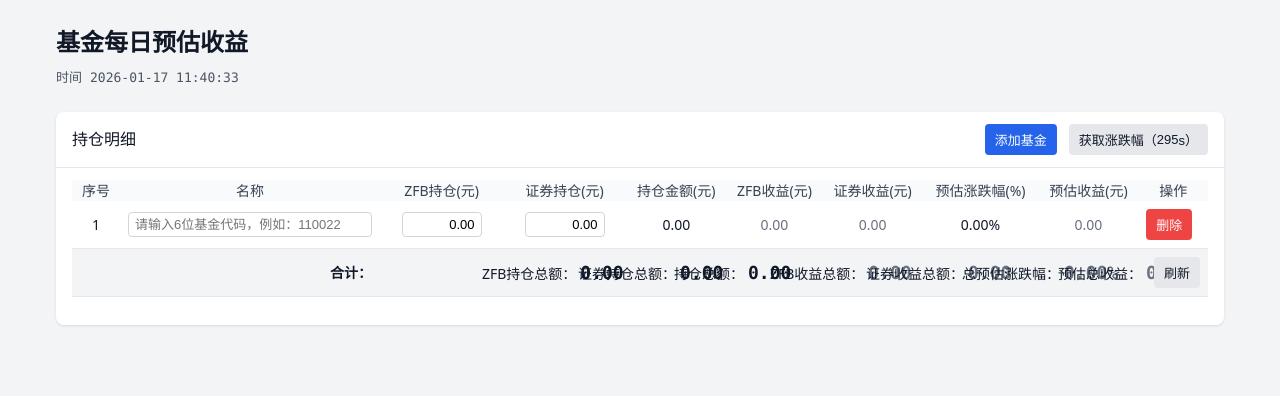
Repository: zt-boom/finance
Page: index.html
These files come from the project's save history. The page is drawn as it stood at one moment and after the next save; the edit follows.
The browser window is 1280 px wide. The pictures show the whole page.

Above is the page before, as saved 2026-01-17 15:33:38.

After the next save:
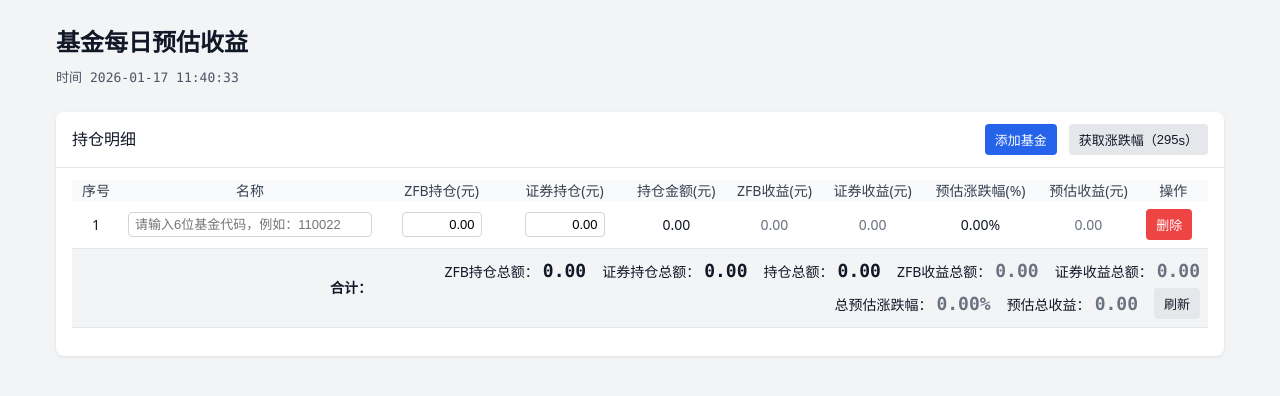
Saved 14 s later.
--- a/style.css
+++ b/style.css
@@ -204,16 +204,6 @@ text-align: right;
 padding-right: 8px;
 }
 
-.summary-row span {
-display: inline-block;
-width: 80px;
-text-align: right;
-}
-
-#total-zfb-amount {
-text-align: center;
-}
-
 .summary-items {
 display: flex;
 flex-wrap: wrap;
